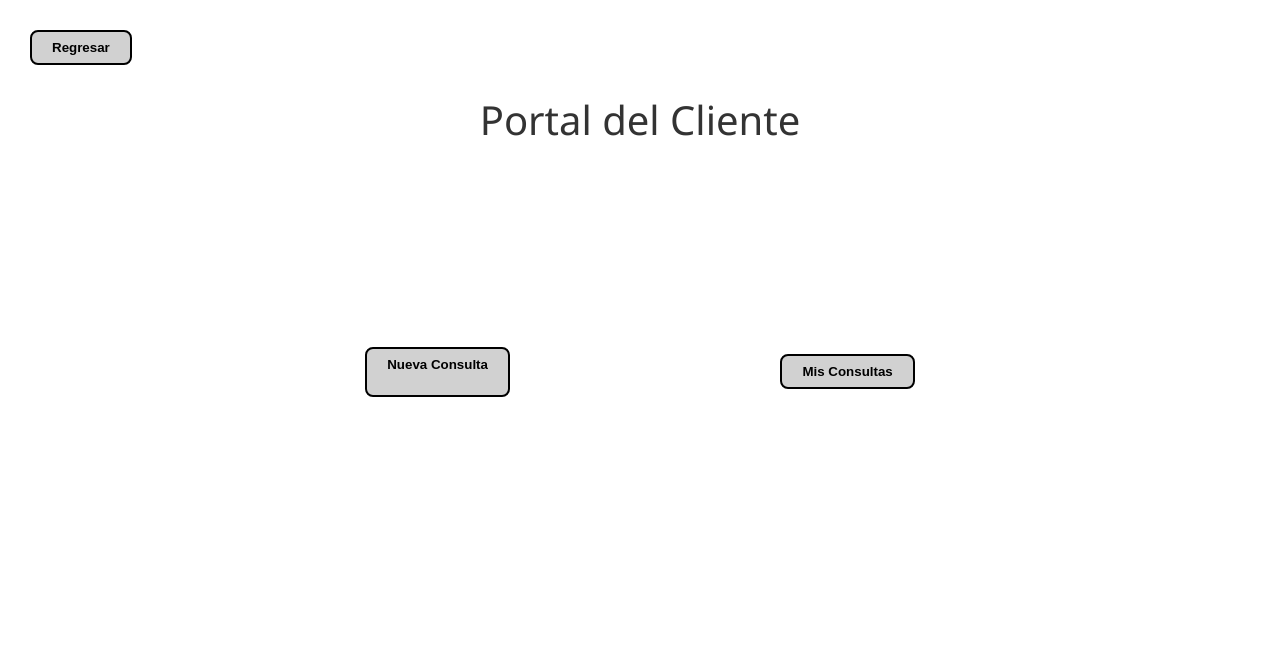
Repository: Devcodery/Trabajo-Fin-de-Grado
Page: http://localhost/Proyecto_Grupo3/vistas/portalCliente.jsp
The author's editor kept a copy of each file at every save. The page is drawn from the files as they stood at one save, then again after the next save.
The browser window is 1280 px wide. The pictures show the whole page.
The page is served by Tomcat 9. Other server files are loaded and not shown.

Above is the page before, as saved 2026-05-06 18:52:46.

### java/Proyecto_Grupo3/src/main/webapp/vistas/portalCliente.jsp
<%@ page language="java" contentType="text/html; charset=UTF-8"
    pageEncoding="UTF-8"%>
<!DOCTYPE html>
<html>
<head>
<meta charset="UTF-8">
<title>Portal Cliente</title>
<link rel="stylesheet" type="text/css" href="../style/style.css">
</head>
<body>
	<div class="nav">
        <button class="btn">Regresar</button>
    </div>
    <h1 class="titulo">Portal del Cliente</h1>

    <div class="layout">
		<button class="btn-consulta" href="/formularioSolicitud.php">Nueva Consulta</a>
		<br><br>
		<button class="btn-consulta" href="/">Mis Consultas</a>
	</div>
</body>
</html>

### java/Proyecto_Grupo3/src/main/webapp/style/style.css
body {
    font-family: 'Segoe UI', Arial, sans-serif;
    margin: 0;
    padding: 30px;
    background-color: #ffffff;
    color: #333;
}

.nav {
    display: flex;
    justify-content: space-between;
    margin-bottom: 20px;
}

.btn {
    background-color: #d1d1d1;
    border: 2px solid #000;
    border-radius: 8px;
    padding: 8px 20px;
    font-weight: bold;
    cursor: pointer;
}

.titulo {
    text-align: center;
    font-size: 40px;
    margin-bottom: 40px;
    font-weight: normal;
}

.label {
    display: block;
    font-size: 18px;
    font-weight: 600;
    margin-bottom: 10px;
}

.info-content {
    font-size: 16px;
    line-height: 1.6;
    margin-bottom: 40px;
}

.scroll-box {
    border: 2px solid #000;
    border-radius: 12px;
    padding: 15px;
    overflow-y: scroll;
    background: #fff;
}

.height-consultas { height: 160px; }
.height-servicios { height: 380px; }

ul {
    list-style: none;
    padding: 0;
    margin: 0;
}

li {
    padding: 12px 5px;
    border-bottom: 1px solid #eee;
}

li:last-child {
    border-bottom: none;
}

.scroll-box::-webkit-scrollbar {
    width: 14px;
}
.scroll-box::-webkit-scrollbar-track {
    background: #f0f0f0;
    border-radius: 0 10px 10px 0;
}
.scroll-box::-webkit-scrollbar-thumb {
    background: #444;
    border-radius: 10px;
    border: 2px solid #f0f0f0;
}

.layout {
    display: flex;
    margin: 200px 200px 30px;
}

.btn-consulta {
    background-color: #d1d1d1;
    border: 2px solid #000;
    border-radius: 8px;
    padding: 8px 20px;
    font-weight: bold;
    cursor: pointer;
    margin: auto;
}

After the next save:
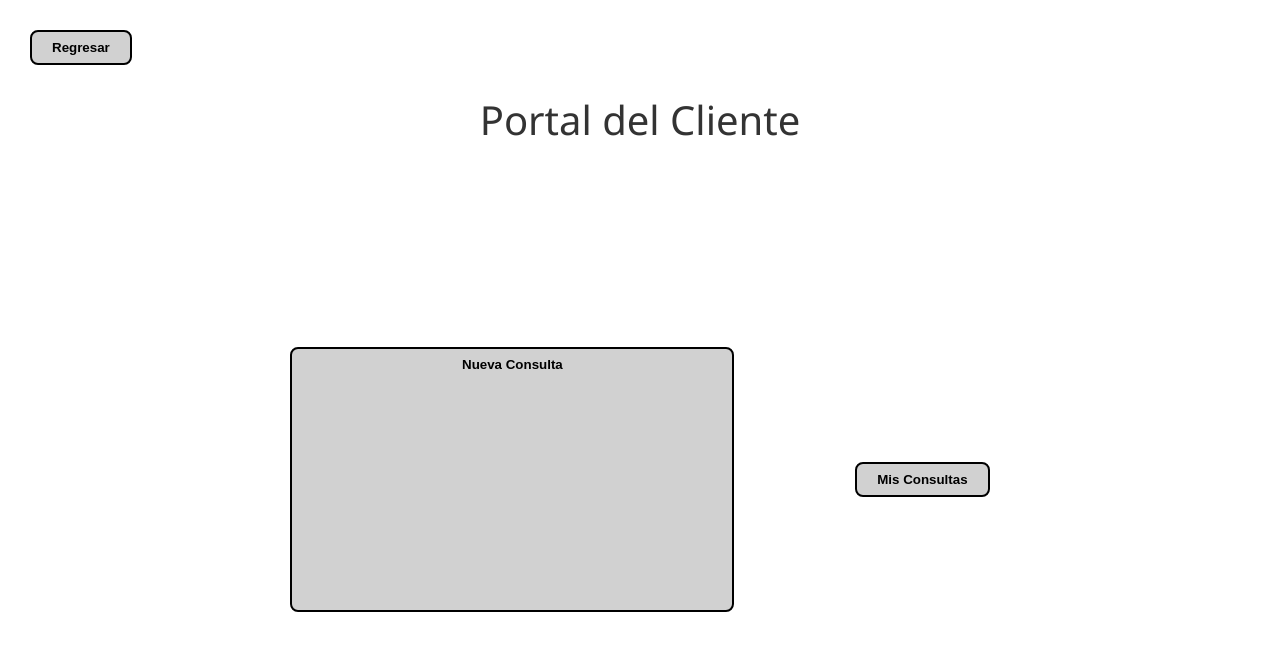
Saved 29 s later.
--- a/java/Proyecto_Grupo3/src/main/webapp/vistas/portalCliente.jsp
+++ b/java/Proyecto_Grupo3/src/main/webapp/vistas/portalCliente.jsp
@@ -15,8 +15,9 @@
 
     <div class="layout">
 		<button class="btn-consulta" href="/formularioSolicitud.php">Nueva Consulta</a>
-		<br><br>
-		<button class="btn-consulta" href="/">Mis Consultas</a>
+
+	<div class="layout">
+	<button class="btn-consulta" href="/">Mis Consultas</a>
 	</div>
 </body>
 </html>
